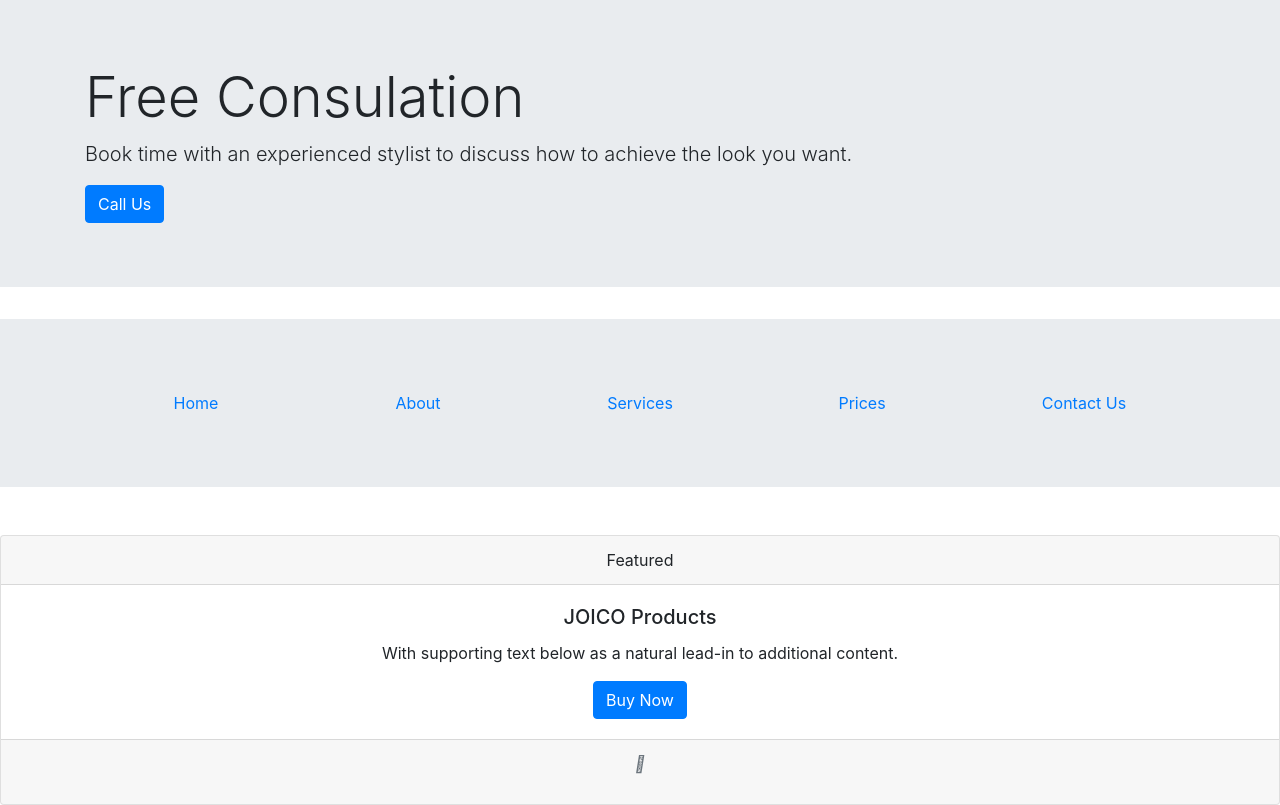
Repository: Gristydesigns/elegance-salon
Page: image/index.html
The author's editor kept a record of every edit. The page is drawn from the files as they stood at one moment, then again after the next edit.
The browser window is 1280 px wide. The pictures show the whole page.

Above is the page before.

### image/index.html
<!DOCTYPE html>
<html lang="en">

<head>
  <meta charset="UTF-8">
  <meta name="viewport" content="width=device-width, initial-scale=1.0">
  <meta http-equiv="X-UA-Compatible" content="ie=edge">
  <link rel="stylesheet" href="https://stackpath.bootstrapcdn.com/bootstrap/4.3.1/css/bootstrap.min.css" integrity="sha384-ggOyR0iXCbMQv3Xipma34MD+dH/1fQ784/j6cY/iJTQUOhcWr7x9JvoRxT2MZw1T" crossorigin="anonymous">
  <link rel="stylesheet" href="https://stackpath.bootstrapcdn.com/font-awesome/4.7.0/css/font-awesome.min.css" type="text/css" />
  <link rel="stylesheet" href="/css/style.css" type="text/css" />
  <title>Elegance</title>
</head>

<body>
  <header>
    <div class="jumbotron jumbotron-fluid">
      <div class="container">
        <h1 class="display-4">Free Consulation</h1>
        <p class="lead">Book time with an experienced stylist to discuss how to achieve the look you want.</p>
        <a class="btn btn-primary btn-md" href="#" role="button">Call Us</a>
      </div>
    </div>
    <div class="jumbotron jumbotron-fluid">
      <div class="container">
        <div class="row no-gutters bg-color-name-header">
          <div class="col-12">
            <ul class="nav nav-pills nav-justified">
              <li class="nav-item">
                <a class="nav-link Home" href="#">Home</a>
              </li>
              <li class="nav-item">
                <a class="nav-link About" href="#">About</a>
              </li>
              <li class="nav-item">
                <a class="nav-link Services" href="#">Services</a>
              </li>
              <li class="nav-item">
                <a class="nav-link Prices" href="#">Prices</a>
              </li>
              <li class="nav-item">
                <a class="nav-link Contact Us" href="#">Contact Us</a>
              </li>
            </ul>
          </div>
        </div>
      </div>
    </div>
    </div>
    </div>
  </header>

  <section>
    <div class="no-gutters bg-color-name-content">
      <div class="row col-md 8">
        <p information></p>
      </div>
    </div>
  </section>
  <footer>
    <div class="card text-center">
      <div class="card-header">
        Featured
      </div>
      <div class="card-body">
        <h5 class="card-title">JOICO Products</h5>
        <p class="card-text">With supporting text below as a natural lead-in to additional content.</p>
        <a href="#" class="btn btn-primary">Buy Now</a>
      </div>
      <div class="card-footer text-muted">
        <i class="far fa-copyright"2019 Gristydesigns></i>
        <p Gristydeisgns></p>
      </div>
    </div>
  </footer>


</body>

</html>

### assets/css/style.css
@import url('https://fonts.googleapis.com/css?family=Roboto:400,700&display=swap');

body {
    width: 100%;
    height: 100%;
    background: rgb(245,245,245);
    font-family: 'Roboto', sans-serif;
    font-size: 28px;
    font-weight: 400;
    line-height: 35px;
    background-size: cover;
}

/*-- Navigation*/

.navbar-collapse {
 width:100%;
 height: 80px;
 background: rgb(255,228,225);
  }

 .collapse.navbar-collapse {
  font-weight: 700;
  color: rgb(211,211,211);
  word-spacing: 25px;
   }

.navbar-brand {
 letter-spacing:0.2em;
 font-size: 28px;
 font-weight: 700;
 color: rgb(112,128,144);
 text-align: center;
}

/* header-banner */
#header-banner {
  height: auto;
  width:100%;
  margin-left: 0;
  margin-right: 0;
  padding-top: 20px;
  padding-bottom: 0;
 }
/*-- welcome-card */

#welcome {
 color:rgb(211,211,211);
 text-align: center;
 font-weight: 400;
 background:rgb(128,128,128);
 height:auto;
 padding-top:30px;
 padding-right:30px;
 margin-left:5px;
 margin-right:15px
}

/*-- About */

#about {
 height:65vh;
 color:rgb(0,0,0);
 font-weight:400;
 text-align: center;
 padding-top:30px;
 padding-bottom:30px;
 }

 #image-about {
 height:300px;
 width:300px;
 margin:10px;
 background: rgb(211,211,211);
 }

/*-- price list */
#price {
 letter-spacing:0.2em;
 font-weight:700;
 font-size:32px;
 text-align: center;
}

.products {
 width:100%;
 height:85vh;
}
.card-footer2 {
 background:rgb(192,192,192, 0.5);
}
.card-body2 {
 background: rgb(192,192,192);

}
.card-title2 {
 text-align: center;
 font-weight:700;
}

.card-text2 {
 text-align: center;
 font-weight:700;
}
.list-group-item {
 background:rgb(255,228,225);
}

/*-- showcase images */

#gallery {
 text-align: center
}
 h3 {
  text-shadow: 2px 2px rgb(211,211,211);
  }


/*--  contact-card */

.spinner-grow {
    display: inline-block;
    vertical-align: text-bottom;
    background-color: currentColor;
    border-radius: 50%;
    opacity: 0;
    -webkit-animation: spinner-grow 1.25s linear infinite;
    animation: spinner-grow 1.75s linear infinite;
}

.contact {
 height:85vh;
 width:100%;
 padding:20px;
 }

.contact-img {
 height:400px;
 width:500px;
}

Loaded but not shown: css/style.css (no stored copy; drawn as an empty file)

After the next edit:
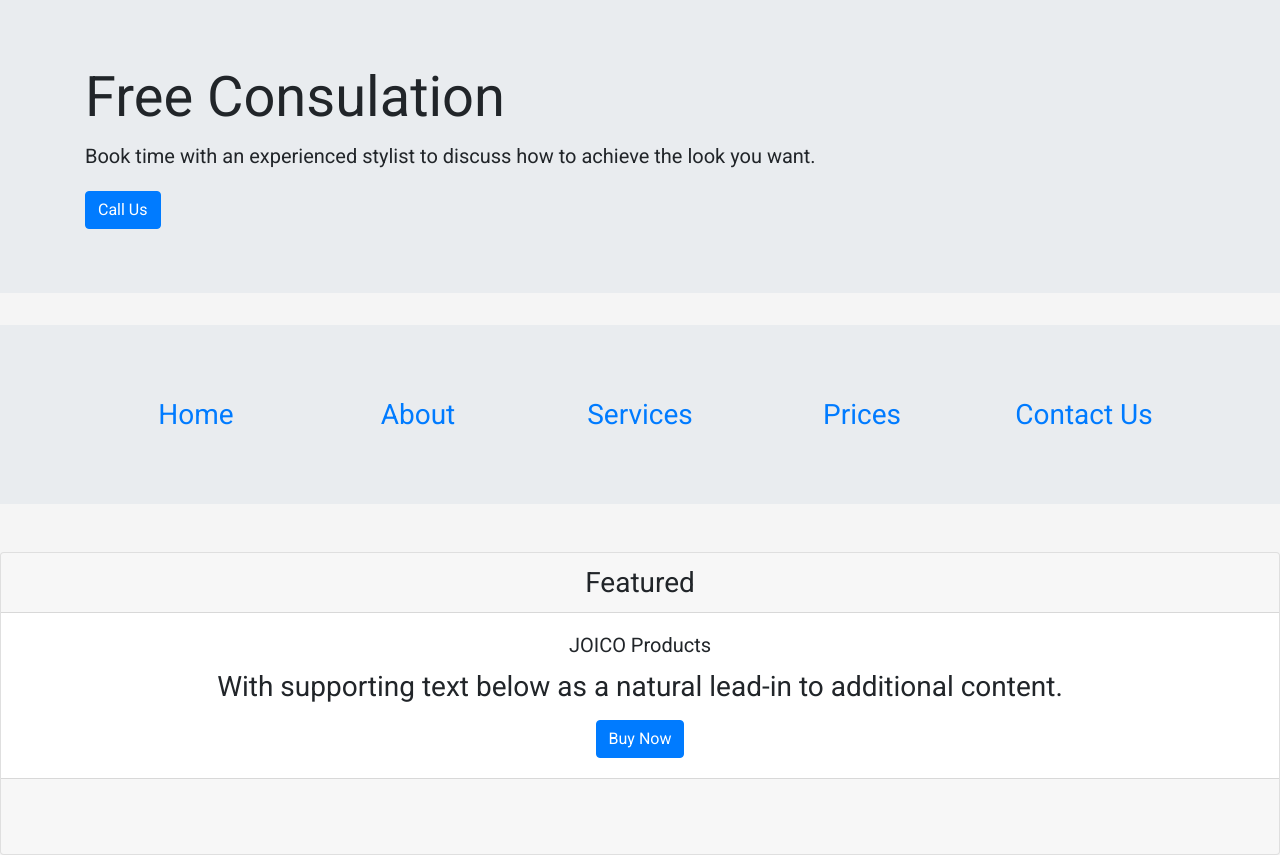
The edit:
--- a/image/index.html
+++ b/image/index.html
@@ -7,7 +7,7 @@
   <meta http-equiv="X-UA-Compatible" content="ie=edge">
   <link rel="stylesheet" href="https://stackpath.bootstrapcdn.com/bootstrap/4.3.1/css/bootstrap.min.css" integrity="sha384-ggOyR0iXCbMQv3Xipma34MD+dH/1fQ784/j6cY/iJTQUOhcWr7x9JvoRxT2MZw1T" crossorigin="anonymous">
   <link rel="stylesheet" href="https://stackpath.bootstrapcdn.com/font-awesome/4.7.0/css/font-awesome.min.css" type="text/css" />
-  <link rel="stylesheet" href="/css/style.css" type="text/css" />
+  <link rel="stylesheet" href="assets/css/style.css" type="text/css" />
   <title>Elegance</title>
 </head>
 
